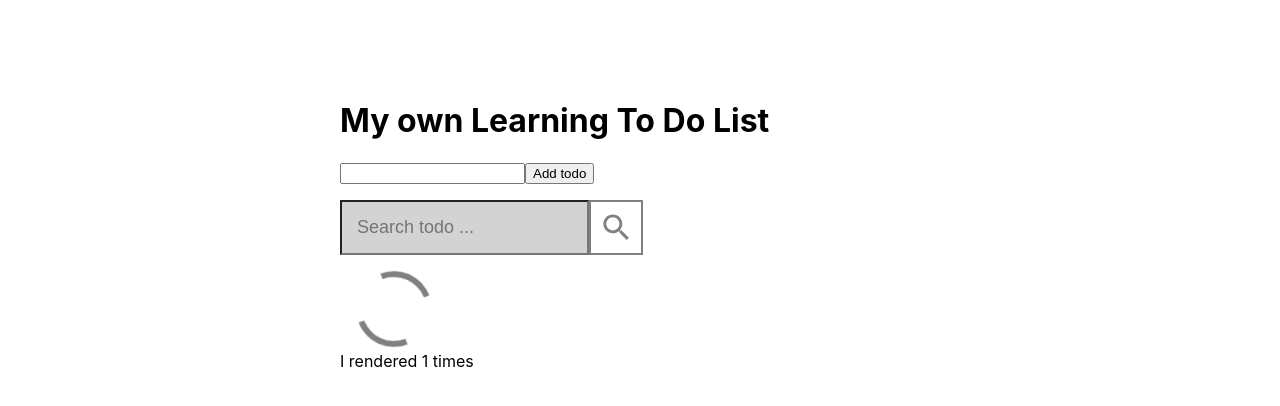
Repository: ArusyakAghajanyan/To-Do
Page: /
An editor plug-in stored every save of this project. The page is shown before and after the next save, followed by the edit.
The browser window is 1280 px wide. The pictures show the whole page.
The page's requests for data from a server got no answer. The project was rebuilt for these pictures with package versions that can differ from the ones it lists, and the page was loaded fresh each time. No one was signed in, and anything a server would have sent is missing. Also part of the build but not shown: src/Todo/TodoItem.js, src/Todo/TodoList.js.

Above is the page before, as saved 2022-03-16 16:00:43.

After the next save:
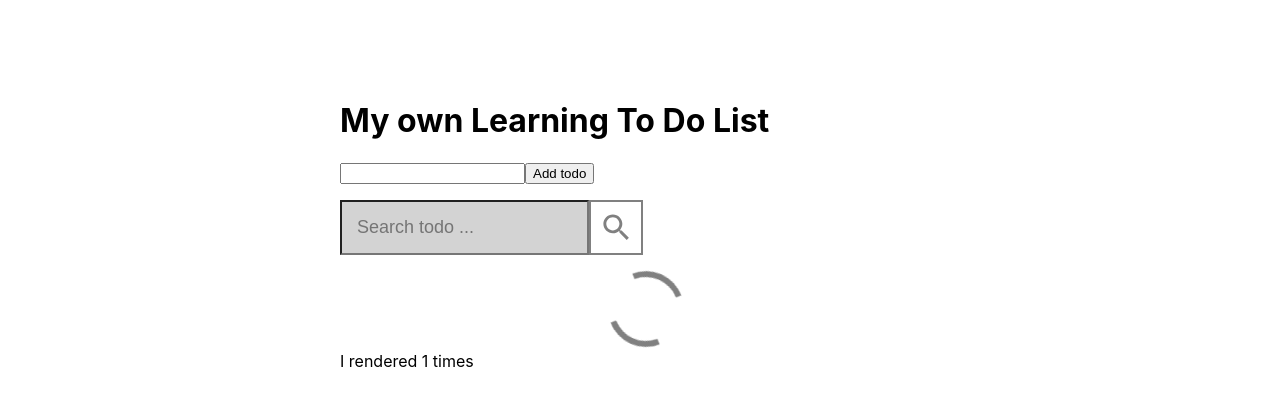
Saved 13 s later.
--- a/src/index.css
+++ b/src/index.css
@@ -29,7 +29,7 @@ code {
 
 .lds-dual-ring {
   display: inline-block;
-  width:1000px;
+  width: 80px;
   height: 80px;
 }
 
